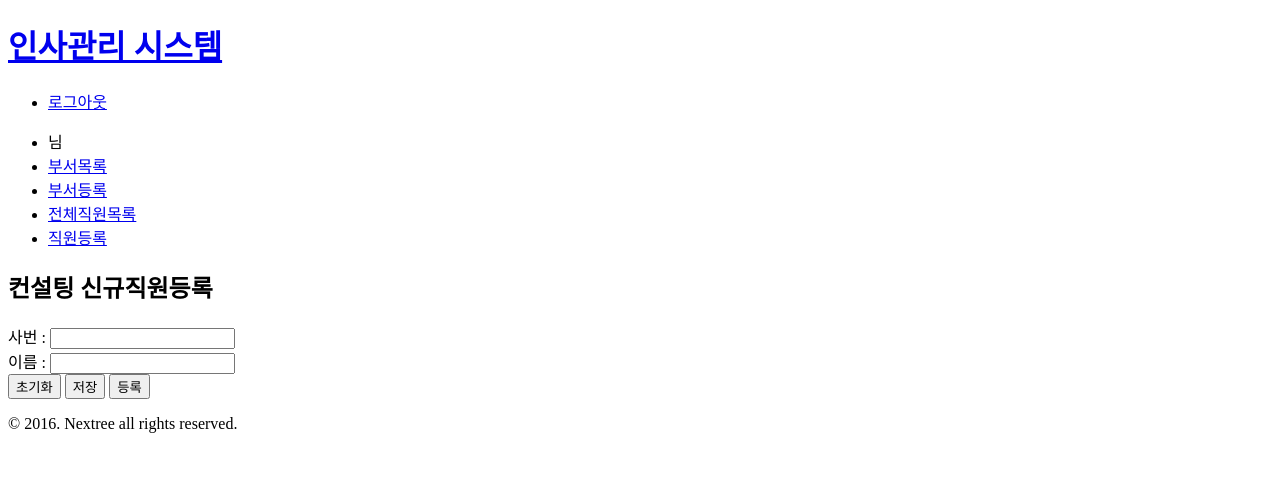
Repository: brotherdoor/shiba
Page: http://localhost/HumanResource_templete2/employee/create.do
An editor plug-in stored every save of this project. The page is shown before and after the next save, followed by the edit.
The browser window is 1280 px wide. The pictures show the whole page.
The page is served by Tomcat 9. Other server files are loaded and not shown.

Above is the page before, as saved 2017-02-27 08:03:50.

### jsp/HumanResource_templete2/WebContent/views/empCreate.jsp
<%@ page language="java" contentType="text/html; charset=UTF-8"
    pageEncoding="UTF-8"%>
<%@ taglib prefix="c" uri="http://java.sun.com/jsp/jstl/core" %>
<!DOCTYPE html>
<c:set var="ctx">${pageContext.request.contextPath }</c:set>
<html>
<head>
    <meta charset="UTF-8">
    <title>직원등록</title>
    <link rel="stylesheet" href="${ctx }/style/css/reset.css">
    <link rel="stylesheet" href="${ctx }/style/css/style.css">
</head>
<body>
<header>
    <%@ include file="header.jspf" %>
</header>
<nav>
    <%@ include file="sideMenu.jspf" %>
</nav>
<div class="contents-wrap">
    <h2 class="page-title">컨설팅 신규직원등록</h2>
    <div class="contents">

        <form action="${ctx }/employee/create.do" method="post">
        <input type="hidden" name="deptNo" value="${detpNo }"/>
            <div>
                <label>사번 : </label>
                <input type="text" name="empNo">
            </div>
            <div>
                <label>이름 : </label>
                <input type="text" name="empName">
            </div>
            <div class="alignRight">
                <input type="reset" value="초기화">
                <input type="submit" value="저장">
                <button>등록</button>
            </div>
        </form>
    </div>
</div>
<footer>
    <%@ include file="footer.jspf" %>
</footer>
</body>
</html>

### jsp/HumanResource_templete2/WebContent/views/header.jspf
<%@ page language="java" contentType="text/html; charset=UTF-8"
    pageEncoding="UTF-8"%>
<%@ taglib prefix="c" uri="http://java.sun.com/jsp/jstl/core" %>
<h1>
        <a href="deptList.html">인사관리 시스템</a>
    </h1>
    <ul class="login-info">
        <li class="logout-btn"><a href="${ctx }/logout.do">로그아웃</a></li>
    </ul>

### jsp/HumanResource_templete2/WebContent/views/sideMenu.jspf
<%@ page language="java" contentType="text/html; charset=UTF-8"
    pageEncoding="UTF-8"%>
<%@ taglib prefix="c" uri="http://java.sun.com/jsp/jstl/core" %>
<ul>
        <li class="user-info">
            ${sessionScope.loginId } 님
        </li>
        <li>
            <a href="${ctx }/dept/list.do">부서목록</a>
        </li>
        <li>
            <a href="${ctx }/views/deptCreate.jsp">부서등록</a>
        </li>
        <li>
            <a href="${ctx }/employee/list.do">전체직원목록</a>
        </li>
        <li>
            <a href="#">직원등록</a>
        </li>
        <c:if test="${sessionScope.loginId eq 'admin' }">
        <li>
            <a href="#">시스템관리</a>
        </li>
        </c:if>
    </ul>

### jsp/HumanResource_templete2/WebContent/views/footer.jspf
<%@ page language="java" contentType="text/html; charset=UTF-8"
    pageEncoding="UTF-8"%>
<p>    &#169; 2016. Nextree all rights reserved.</p>

### jsp/HumanResource_templete2/src/hr/controller/EmpCreateController.java
package hr.controller;

import java.io.IOException;
import javax.servlet.ServletException;
import javax.servlet.annotation.WebServlet;
import javax.servlet.http.HttpServlet;
import javax.servlet.http.HttpServletRequest;
import javax.servlet.http.HttpServletResponse;

import hr.domain.Employee;
import hr.service.HumanResourceService;
import hr.service.logic.HumanResourceServiceLogic;

@WebServlet("/employee/create.do")
public class EmpCreateController extends HttpServlet {
	private static final long serialVersionUID = 1L;

	@Override
	protected void doGet(HttpServletRequest req, HttpServletResponse resp)
			throws ServletException, IOException {
		String deptNo = (String)req.getParameter("deptNo");
		System.out.println(deptNo);
		req.setAttribute("deptNo", deptNo);
		req.getRequestDispatcher("/views/empCreate.jsp").forward(req, resp);
	}

	protected void doPost(HttpServletRequest request, HttpServletResponse response)
			throws ServletException, IOException {
		HumanResourceService service = new HumanResourceServiceLogic();
		System.out.println(request.getParameter("deptNo"));
		Employee emp = new Employee(request.getParameter("empNo"), request.getParameter("empName"), request.getParameter("deptNo"));
		service.registEmployee(emp);
		response.sendRedirect(request.getContextPath() + "/employee/list.do");
	}

}

### jsp/HumanResource_templete2/WebContent/style/css/reset.css
/* public reset */

html,
body,
div,
span,
applet,
object,
iframe,
h1,
h2,
h3,
h4,
h5,
h6,
p,
blockquote,
pre,
a,
abbr,
acronym,
address,
big,
cite,
code,
del,
dfn,
em,
img,
ins,
kbd,
q,
s,
samp,
small,
strike,
strong,
sub,
sup,
tt,
var,
b,
u,
i,
center,
dl,
dt,
dd,
ol,
ul,
li,
fieldset,
form,
label,
legend,
table,
caption,
tbody,
tfoot,
thead,
tr,
th,
td,
article,
aside,
canvas,
details,
embed,
figure,
figcaption,
footer,
header,
menu,
nav,
output,
ruby,
section,
summary,
time,
mark,
audio,
video {
    margin: 0;
    padding: 0;
    border: 0;
    font-size: 100%;
    font: inherit;
    vertical-align: baseline;
}

/* HTML5 display-role reset for older browsers */
article,
aside,
details,
figcaption,
figure,
footer,
header,
menu,
nav,
section {
    display: block;
}

body {
    font-family: "Malgun gothic",dotum,"Helvetica Neue",Helvetica,sans-serif,arial;
    line-height: 1;
    font-size:13px;
}

ol,
ul {
    list-style: none;
}

blockquote,
q {
    quotes: none;
}

blockquote:before,
blockquote:after,
q:before,
q:after {
    content: '';
    content: none;
}

table {
    border-collapse: collapse;
    border-spacing: 0;
}

.clearFix:after {
    content: "";
    display: block;
    width: 0;
    height: 0;
    clear: both;
}

.hidden {
    width: 0;
    height: 0;
    overflow: hidden;
    font-size: 0;
}

.blind {
    display: none !important;
}

.inline {
    display: inline !important;
}

.block {
    display: block !important;
}

.left {
    text-align: left;
}

.right {
    text-align: right;
}

.center {
    text-align: center;
}


ins {
    text-decoration: none;
}

del {
    text-decoration: line-through;
}

.blind,
table caption,
legend {
    width: 1px;
    height: 1px;
    overflow: hidden;
    position: absolute;
    top: 0;
    font-size: 0;
    line-height: 0;
}

.left,
.l {
    text-align: left !important;;
}

.right,
.r {
    text-align: right !important;;
}

.center,
.c {
    text-align: center !important;
}

*,
*:after,
*:before {
    -webkit-box-sizing: border-box;
    -moz-box-sizing: border-box;
    box-sizing: border-box;
}
a {
    color: #249dd5;
    text-decoration: none;
}

a:hover {
    color: #000;
}

### jsp/HumanResource_templete2/WebContent/style/css/style.css
body {
    font-family: "Malgun gothic", dotum, "Helvetica Neue", Helvetica, sans-serif, arial;
}

header {
    width: 100%;
    height: 45px;
    background: #2c3e50;
    position: fixed;
    top: 0;
    left: 0;
    z-index: 999;
    /*overflow: hidden;*/
}

header h1 a {
    font-size: 18px;
    font-weight: bold;
    color: #fff;
    padding: 12px;
    float: left;
}

header h1 a:hover {
    color: #fff;
}

.login-info {
    float: right;
    line-height: 45px;
    padding: 0 10px;
}

.logout-btn {
    font-size: 13px;
}

.logout-btn:hover {
    color: #fff;
    font-weight: bold;
    background: #232c37;
}

.logout-btn a:hover {
    color: #fff;
    text-decoration: underline;
}

.logout-btn a {
    color: #fff;
    display: block;
    padding: 0 15px;
}

nav {
    width: 220px;
    height: 100%;
    position: fixed;
    background: #f7f7f7;
    border-right: 1px solid #d6d6d6;
    padding: 0;
    z-index: 99;
}

nav li {
    position: relative;
    border-bottom: 1px solid #d6d6d6;
}

nav li a {
    display: block;
    padding: 15px 20px;
    font-size: 13px;
    font-weight: bold;
    color: #363636;
}

nav li a:hover {
    background: #f0f0f0;
}

nav li a:before {
    content: '';
    display: block;
    width: 4px;
    height: 44px;
    position: absolute;
    left: 0;
    top: 0;
    background: #5bc0de;
}

.on {
    background: #e4e4e4;
}

.user-info {
    padding: 14px;
    text-align: center;
    vertical-align: middle;
    display: block;
    background: #e4e4e4;
    height: 63px;
    overflow: hidden;
}

.user-info:before {
    display: inline-block;
    vertical-align: middle;
    text-align: center;
    width: 38px;
    height: 38px;
    padding: 11px 10px 10px 10px;
    color: #fff;
    border-radius: 20px;
    border: 1px solid #ddd;
    background: #2c244f; /* Old browsers */
    background: -moz-linear-gradient(top, #2c244f 0%, #77034f 100%); /* FF3.6-15 */
    background: -webkit-linear-gradient(top, #2c244f 0%, #77034f 100%); /* Chrome10-25,Safari5.1-6 */
    background: linear-gradient(to bottom, #2c244f 0%, #77034f 100%); /* W3C, IE10+, FF16+, Chrome26+, Opera12+, Safari7+ */
    filter: progid:DXImageTransform.Microsoft.gradient(startColorstr='#2c244f', endColorstr='#77034f', GradientType=0); /* IE6-9 */

}

.contents-wrap {
    position: relative;
    margin: 44px 0 0 220px;
    min-width: 1040px;
}

h2.page-title {
    font-size: 22px;
    padding: 20px;
    position: relative;
    background: #f9f9f9;
    border-bottom: 1px solid #d6d6d6;
}

h2.page-title:after {
    content: "";
    width: 88px;
    height: 3px;
    background: #5bc0de;
    display: block;
    position: absolute;
    bottom: 0;
}

.contents {
    padding: 30px 40px;
}

table {
    width: 100%;
    border: 1px solid #dddddd;
    margin-bottom: 15px;
}

table tr th {
    background: #f5f5f6;
    padding: 10px 20px;
    text-align: center;
    border-right: 1px solid #ddd;
    border-bottom: 1px solid #ddd;
}

table tr td {
    padding: 10px;
    border-right: 1px solid #ddd;
    border-bottom: 1px solid #ddd;
    text-align: center;
}

table tr:nth-child(odd) {
    background: #fff;
}

table tr:nth-child(even) {
    background: #f9f9f9;
}

.delete a {
    padding: 5px 10px;
    border-radius: 5px;
    background: #fa8678;
    color: #fff;
    font-size: 11px;
}

.delete a:hover {
    background: #d9534f;
}

select {
    height: 25px;
}

form {
    width: 100%;
    border: 1px solid #dddddd;
    padding: 20px 25px;
}

.contents-wrap form {
    border-radius: 5px;
    background: #f8f8f8;
}

.alignRight {
    text-align: right;
}

input:focus {
    background: #FFDFB0;
}

input[type="text"], input[type="password"] {
    width: 400px;
    border: 1px solid #d1d1d1;
    border-radius: 3px;
    padding: 5px;
}

form div {
    margin-bottom: 10px;
    text-align: center;
}

input[type="reset"] {
    border-radius: 5px;
    background: #fff;
    border: 1px solid #cbcdcf;
    padding: 4px 15px 6px 15px;
    color: #333;
    cursor: pointer;
}

input[type="reset"]:hover {
    background: #f8f8f8;
}

input[type="submit"] {
    border-radius: 5px;
    background: #a6b4bb;
    border: none;
    padding: 4px 15px 6px 15px;
    color: #fff;
    cursor: pointer;
}

input[type="submit"]:hover {
    background: #99a6ad;
}

button {
    border-radius: 5px;
    background: #3498db;
    border: none;
    padding: 4px 15px 6px 15px;
    color: #fff;
    cursor: pointer;
}

button:hover {
    background: #0f72b4;
}

.info-box {
    border: 1px solid #ddd;
    background: #ececec;
    padding: 15px 20px;
    text-align: center;
    margin-bottom: 20px;
    border-radius: 5px;
    font-size: 16px;
    line-height: 1.3em;
}

footer {
    width: 100%;
    position: absolute;
    bottom: 0;
    left: 0;
    background: #eeeeee;
    text-align: center;
    padding: 10px 0;
}

/*  login*/

.login-wrap {
    width: 400px;
    background: #f5f5f5;
    margin: 280px auto;
    border: 1px solid #ddd;
    border-radius: 5px;
    box-shadow: 0 0 5px #e8e8e8;

}

.login-wrap h3 {
    font-weight: bold;
    font-size: 18px;
    text-align: center;
    padding: 15px 0;
    background: #2c3e50;
    color: #fff;
    border-bottom: 2px solid #3498db;
    border-radius: 5px 5px 0 0;
}

.login-title {
    font-weight: bold;
    font-size: 18px;
    padding: 20px 0;
    background: #2b3643;
    color: #fff;
}

.login-wrap form {
    border: none;
}

.login-wrap label {
    width: 100%;
    display: inline-block;
    padding: 10px 0;
    font-weight: bold;

}

.login-wrap input[type="text"], .login-wrap input[type="password"] {
    display: block;
    width: 100%;
}

.login-wrap input[type="password"] {
    margin-bottom: 20px;
}

.login-btn {
    margin: 0 auto;
}

.login-wrap input[type="submit"] {
    padding: 8px 15px;
    background: #3498db;
    color: #fff;
}

.login-wrap input[type="reset"] {
    padding: 8px 15px;
}

.login-wrap input[type="submit"]:hover {
    background: #0f72b4;
    font-weight: bold;
}

/* error */

.error-wrap {
    width: 550px;
    margin: 120px auto;
    background: #fbfbfb;
    position: relative;
    box-shadow: 0px 0px 5px #e8e8e8;
    border: 1px solid #ddd;
    border-radius: 5px;
    overflow: hidden;
}

.error-wrap h2 {
    display: block;
    background: #fff;
}

.error-wrap h2:after {
    content: "";
    display: inline-block;
    width: 100%;
    height: 2px;
    background: #3498db;
}

.error-wrap h2 img {
    padding: 10px 0 0 10px;
}

.img_notice {
    display: block;
    overflow: hidden;
    background: url(http://icon.daumcdn.net/error/img_error.gif) no-repeat 0 -50px;
    font-size: 0;
    line-height: 0;
    vertical-align: top;
    width: 88px;
    height: 88px;
    margin: 30px auto;
}

.desc_error {
    text-align: left;
    width: 300px;
    margin: 15px auto;
    font-size: 13px;
    line-height: 1.3em;
    font-weight: normal;
}

.contents {
    padding-top: 50px;
    display: block;
}

.error-title {
    font-weight: normal;
    font-size: 18px;
    text-align: center;
    position: relative;
}

.notice_error {
    text-align: center;
    padding: 15px 0;
    font-size: 15px;
    font-weight: bold;
}

.screen_out {
    display: inline-block;
    padding: 8px 15px;
    background: #337ab7;
    border-radius: 5px;
    margin: 70px 0;
    font-weight: bold;
    cursor: pointer;
}

.screen_out:hover {
    background: #22537b;
}

.screen_out a {
    color: #fff;
}

After the next save:
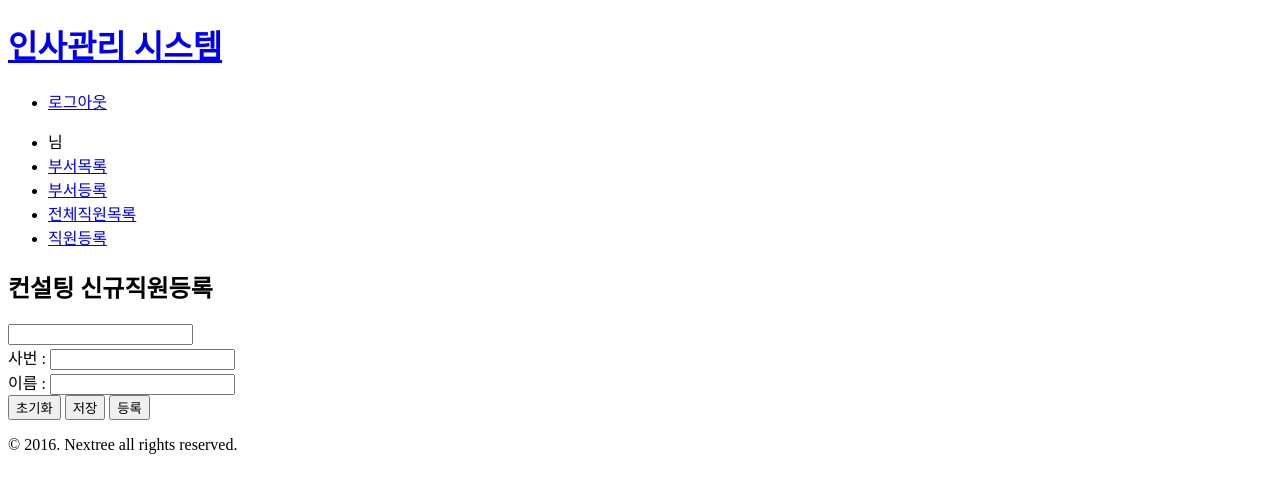
Saved 34 s later.
--- a/jsp/HumanResource_templete2/WebContent/views/empCreate.jsp
+++ b/jsp/HumanResource_templete2/WebContent/views/empCreate.jsp
@@ -22,7 +22,7 @@
     <div class="contents">
 
         <form action="${ctx }/employee/create.do" method="post">
-        <input type="hidden" name="deptNo" value="${detpNo }"/>
+        <input type="text" name="deptNo" value="${detpNo }"/>
             <div>
                 <label>사번 : </label>
                 <input type="text" name="empNo">

After the 3 saves that followed:
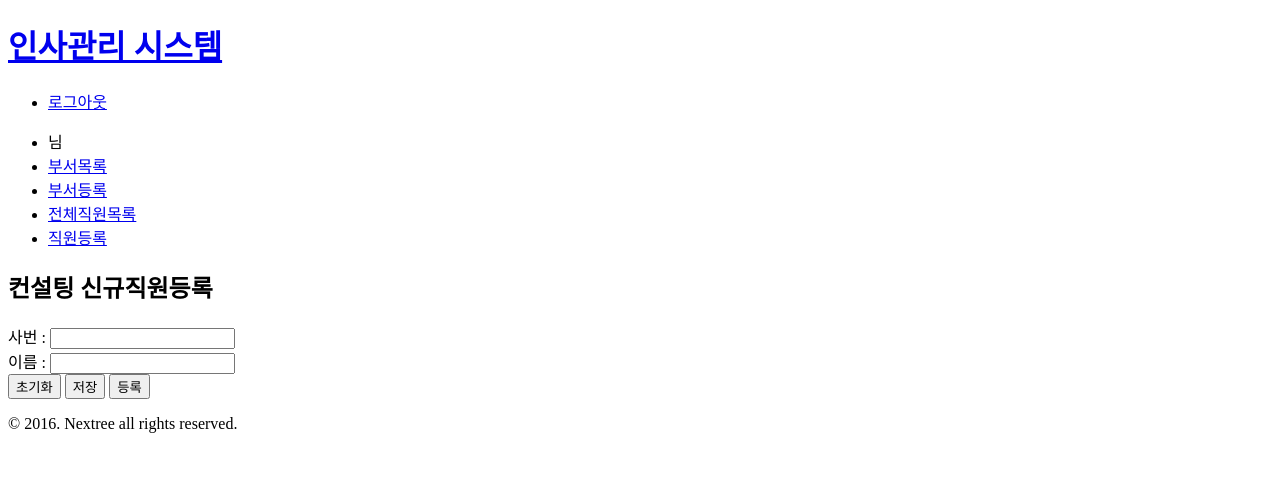
The 3 saves are shown as one change because 2 left the picture as it was.
The last was saved 4 min 40 s later.
--- a/jsp/HumanResource_templete2/WebContent/views/empCreate.jsp
+++ b/jsp/HumanResource_templete2/WebContent/views/empCreate.jsp
@@ -22,7 +22,7 @@
     <div class="contents">
 
         <form action="${ctx }/employee/create.do" method="post">
-        <input type="text" name="deptNo" value="${detpNo }"/>
+        <input type="hidden" name="deptNo" value="${deptNo }"/>
             <div>
                 <label>사번 : </label>
                 <input type="text" name="empNo">
